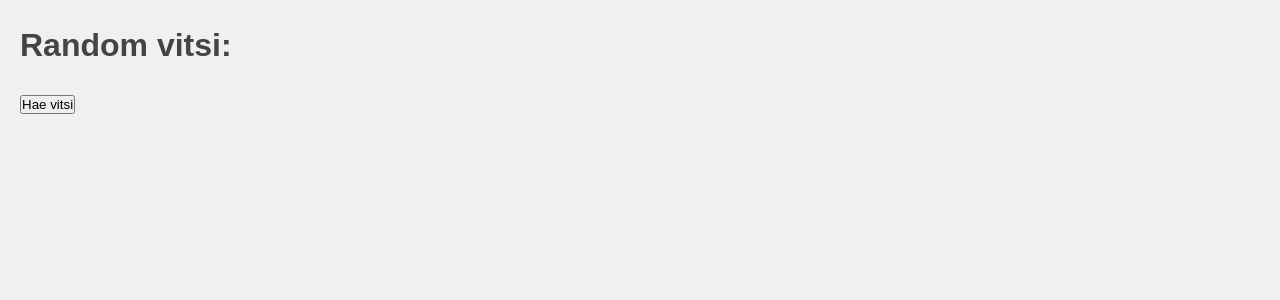
Repository: Javimetro/hyte-full-stack
Page: front/v4/index.html
The author's editor kept a copy of each file at every save. The page is drawn from the files as they stood at one save, then again after the next save.
The browser window is 1280 px wide. The pictures show the whole page.

Above is the page before, as saved 2024-02-08 18:57:26.
Console error: SyntaxError: Unexpected end of input

After the next save:
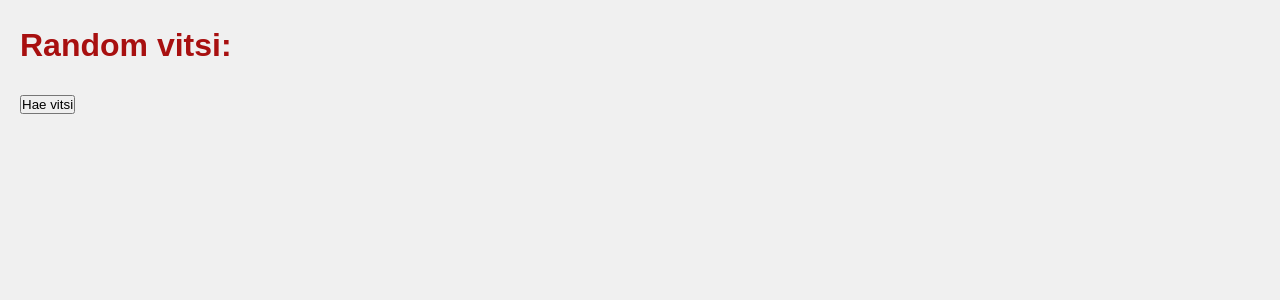
Saved 28 s later.
--- a/front/v4/style.css
+++ b/front/v4/style.css
@@ -14,7 +14,7 @@ body {
 }
 
 h1 {
-  color: #444444;
+  color: #a81010;
   margin-bottom: 20px;
 }
 
